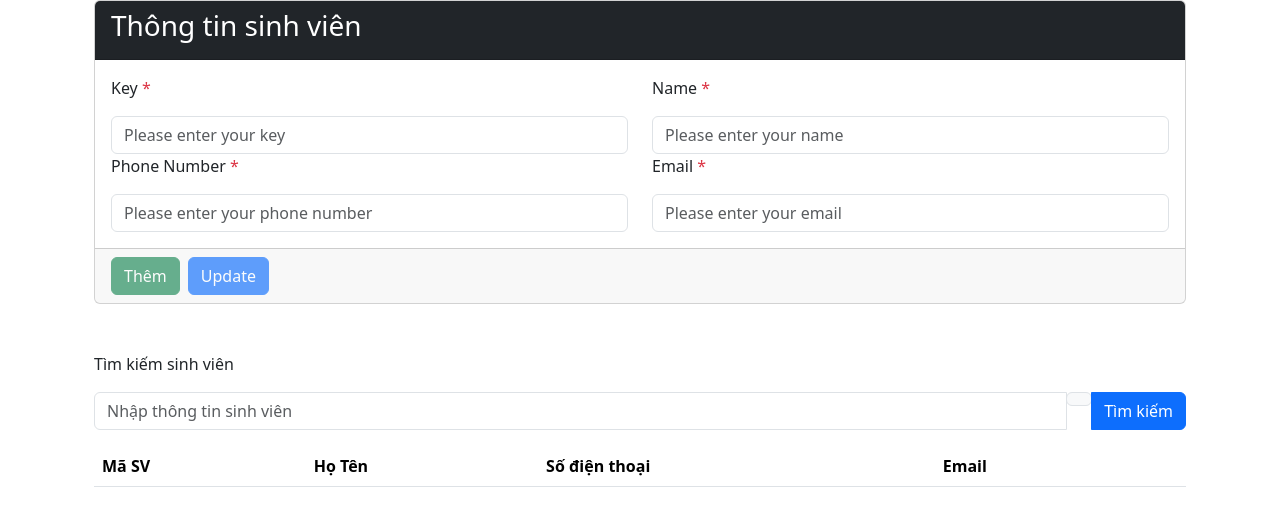
Repository: KhoiNguyen77/BT_REACT_FORM
Page: /
These files come from the project's save history. The page is drawn as it stood at one moment and after the next save; the edit follows.
The browser window is 1280 px wide. The pictures show the whole page.
The project was rebuilt for these pictures with package versions that can differ from the ones it lists, and the page was loaded fresh each time.

Above is the page before, as saved 2023-05-29 08:55:45.

### src/FormComponent/Form.jsx
import React, { Component } from 'react'
import InputField from './InputField'
import TableField from './TableField'

export default class Form extends Component {
    state = {
        students: [],
        student: {},
    }
    add = (student) => {
        const students = [...this.state.students];
        students.push(student);
        this.setState({
            students: students
        })
    }
    delete = (key) => {
        const students = [...this.state.students];
        const findIndex = students.findIndex(student => student.key == key)
        if (findIndex != -1) {
            students.splice(findIndex, 1)
        }
        this.setState({
            students: students
        })
    }
    edit = (key) => {
        const students = [...this.state.students];
        const student = students.find(student => student.key == key)
        if (student) {
            this.setState({
                student: student
            })
        }
        for (let key in student) {
            document.querySelector(`#${key}`).value = student[key]
            if (key == "key") {
                document.querySelector(`#${key}`).disabled = true;
            }
        }
    }

    update = updatedStudent => {
        const students = [...this.state.students];
        const student = students.find(student => student.key == updatedStudent.key)
        for (let key in student) {
            student[key] = updatedStudent[key];
        }
        this.setState({
            students: students
        })
    }
    render() {
        return (
            <div className='container'>
                <InputField add={this.add} students={this.state.students} student={this.state.student} update={this.update}></InputField>
                <TableField students={this.state.students} deleteStudent={this.delete} edit={this.edit}></TableField>
            </div>
        )
    }

    componentDidUpdate(prevProps, prevStates){
        if (prevStates.students != this.state.students) {
            console.log("!");
            return true;
        } return false
    }
}

### src/FormComponent/InputField.jsx
import React, { Component, PureComponent } from 'react'

export default class InputField extends PureComponent {
    constructor(props) {
        super(props);
        this.state = {
            values: {
                key: 0,
                name: "",
                phoneNumber: 0,
                email: ''
            },
            errors: {
                key: "*",
                name: "*",
                phoneNumber: "*",
                email: "*"
            },
            Disabled: true,
            disabledEdit: true,
        }
    }
    UNSAFE_componentWillReceiveProps(nextProps) {
        if (nextProps.student !== this.state.values) {
            this.setState({
                values: nextProps.student,
                errors: {
                    key: "",
                    name: "",
                    phoneNumber: "",
                    email: ""
                },
                disabledEdit: false
            })
        }
    }
    handleInput = e => {
        const { students } = this.props;
        const { id, value, } = e.target;
        const inputValues = { ...this.state.values }
        const errors = { ...this.state.errors }
        let message = ""
        inputValues[id] = value;
        let dataType = e.target.getAttribute("data-type");
        // eslint-disable-next-line default-case
        switch (dataType) {
            case "letter": {
                let regexLetter = /^[a-zA-Z]+$/;
                if (!regexLetter.test(value)) {
                    message = id + ' must be letters';
                }
                break;
            }
            case "number": {
                let min = JSON.parse(e.target.getAttribute("min-maxLength"))[0];
                let max = JSON.parse(e.target.getAttribute("min-maxLength"))[1];
                if (value.length < min || value.length > max) {
                    message = id + ` must be from ${min} to ${max} length`
                }
                break;
            }
            // eslint-disable-next-line no-fallthrough
            case "email": {
                var mailformat = /^(([^<>()\[\]\\.,;:\s@"]+(\.[^<>()\[\]\\.,;:\s@"]+)*)|(".+"))@((\ [[0-9]{1,3}\.[0-9]{1,3}\.[0-9]{1,3}\.[0-9]{1,3}\])|(([a-zA-Z\-0-9]+\.)+[a-zA-Z]{2,}))$/
                if (!mailformat.test(value)) {
                    message = id + ' must be in correct form'
                    break;
                }
            }
        }
        if (e.target.getAttribute("uniqe")) {
            if (students.find(student => student.key == value)) {
                message = id + " has exists!";
            }
        }
        if (value.trim() == "") {
            message = id + " can't be blank";
        }
        errors[id] = message
        let result = this.checkValidForm(errors);
        this.setState({
            values: inputValues,
            errors: errors,
            Disabled: result
        })

    }
    checkValidForm = (errors) => {
        let output = false;
        for (let key in errors) {
            if (errors[key] !== "") {
                output = true;
                break
            }
        }
        return output
    }
    handleSubmit = e => {
        e.preventDefault();
        document.querySelector("form.card").reset();
        this.setState({
            values: {
                key: 0,
                name: "",
                phoneNumber: 0,
                email: ''
            },
            errors: {
                key: "*",
                name: "*",
                phoneNumber: "*",
                email: "*"
            },
            Disabled: true
        })
        const { add } = this.props;
        add(this.state.values);
    }

    handleEdit = e => {
        e.preventDefault();
        document.querySelector("form.card").reset();
        this.setState({
            values: {
                key: 0,
                name: "",
                phoneNumber: 0,
                email: ''
            },
            errors: {
                key: "*",
                name: "*",
                phoneNumber: "*",
                email: "*"
            },
            Disabled: true
        })
        document.querySelector("#key").disabled = false
        const { update } = this.props;
        update(this.state.values);
    }
    render() {
        return (
            <div className='container mb-5'>
                <form className='card'>
                    <div className="card-header bg-dark">
                        <h3 className='text-white'>Thông tin sinh viên</h3>
                    </div>
                    <div className="card-body">
                        <div className="row">
                            <div className="col-6">
                                <p className='d-inline-block'>Key</p> <span className='text-danger'>{this.state.errors.key}</span>
                                <input type="number" id='key' uniqe="id" min-maxLength="[3,5]" data-type="number" className='form-control' onChange={this.handleInput} placeholder='Please enter your key' />
                            </div>
                            <div className="col-6">
                                <p className='d-inline-block' >Name</p> <span className='text-danger'>{this.state.errors.name}</span>
                                <input type="text" id='name' data-type="letter" className='form-control' onChange={this.handleInput} placeholder='Please enter your name' />
                            </div>
                        </div>
                        <div className="row">
                            <div className="col-6">
                                <p className='d-inline-block'>Phone Number</p> <span className='text-danger'>{this.state.errors.phoneNumber}</span>
                                <input type="number" id='phoneNumber' className='form-control' min-maxLength="[8,10]" data-type="number" onChange={this.handleInput} placeholder='Please enter your phone number' />
                            </div>
                            <div className="col-6">
                                <p className='d-inline-block'>Email</p> <span className='text-danger'>{this.state.errors.email}</span>
                                <input type="email" id='email' className='form-control' onChange={this.handleInput} data-type="email" placeholder='Please enter your email' />
                            </div>
                        </div>
                    </div>
                    <div className="card-footer">
                        <button type='submit' onClick={this.handleSubmit} className='btn btn-success' disabled={this.state.Disabled}>Thêm</button>
                        <button type='submit' className='btn btn-primary mx-2' disabled={this.state.disabledEdit} onClick={this.handleEdit} >Update</button>
                    </div>
                </form>
            </div>
        )
    }
}

### src/FormComponent/TableField.jsx
import React, { Component, useState } from 'react'

export default class TableField extends Component {
    handleSearch = () => {
        let keyword = document.querySelector("#btnSearch").value;
        let result = [];
        const { students } = this.props;
        let cloneStudents = [...students];
        cloneStudents.filter(student => {
            if (student.id == keyword || student.name == keyword || student.phoneNumber == keyword || student.email == keyword) {
                result.push(student)
            }
            return result
        })
        console.log(result);
    }
    render() {
        const { students, deleteStudent, edit } = this.props;
        return (
            <div className='container'>
                <div class="row mb-3">
                    <div class="col">
                        <div>
                            <p>Tìm kiếm sinh viên</p>
                            <div className="input-group">
                                <input type="text" className="form-control" placeholder="Nhập thông tin sinh viên" id="searchName" />
                                <div className="input-group-prepend">
                                    <span className="input-group-text" id="btnSearch"><i className="fa fa-search" /></span>
                                </div>
                                <button className="btn btn-primary" onClick={this.handleSearch}>Tìm kiếm</button>
                            </div>
                        </div>

                    </div>
                </div>
                <table className='table'>
                    <thead>
                        <tr>
                            <th>Mã SV</th>
                            <th>Họ Tên</th>
                            <th>Số điện thoại</th>
                            <th>Email</th>
                            <th></th>
                        </tr>
                    </thead>
                    <tbody>
                        {students.map(student => {
                            return <tr>
                                <td>{student.key}</td>
                                <td>{student.name}</td>
                                <td>{student.phoneNumber}</td>
                                <td>{student.email}</td>
                                <td>
                                    <button className='btn btn-primary mx-3' onClick={() => {
                                        edit(student.key)
                                    }}>Edit</button>
                                    <button className='btn btn-danger' onClick={() => {
                                        deleteStudent(student.key)
                                    }}>Delete</button>
                                </td>
                            </tr>
                        })}
                    </tbody>
                </table>
            </div>
        )
    }
}

Loaded but not shown: public/index.html (common file); src/index.js (common file)

After the next save:
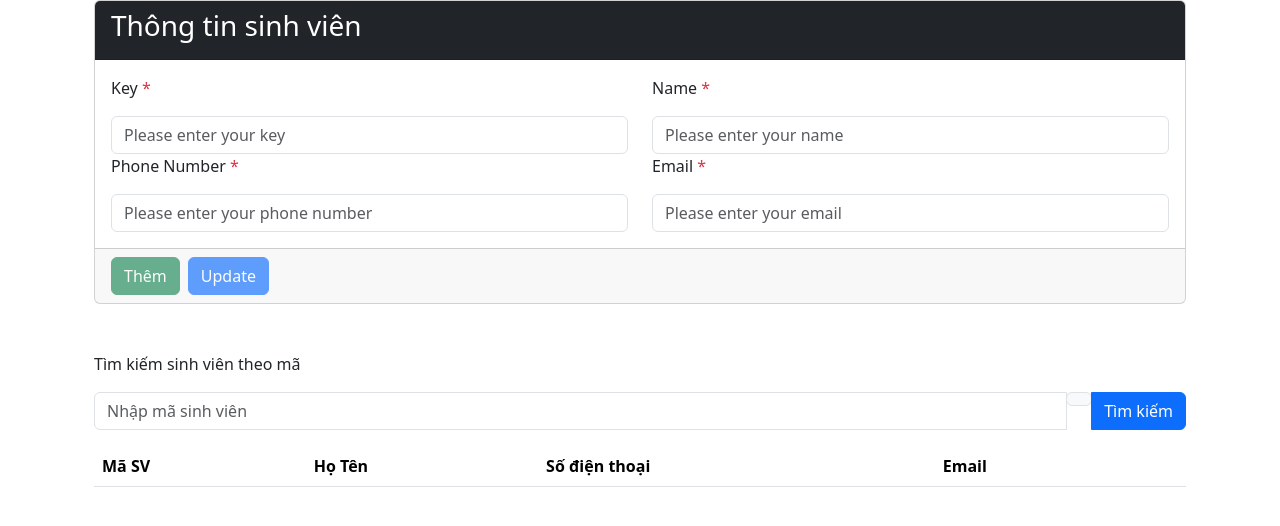
Saved 3 min 37 s later.
--- a/src/FormComponent/TableField.jsx
+++ b/src/FormComponent/TableField.jsx
@@ -7,7 +7,7 @@ export default class TableField extends Component {
         const { students } = this.props;
         let cloneStudents = [...students];
         cloneStudents.filter(student => {
-            if (student.id == keyword || student.name == keyword || student.phoneNumber == keyword || student.email == keyword) {
+            if (student.id == keyword) {
                 result.push(student)
             }
             return result
@@ -21,9 +21,9 @@ export default class TableField extends Component {
                 <div class="row mb-3">
                     <div class="col">
                         <div>
-                            <p>Tìm kiếm sinh viên</p>
+                            <p>Tìm kiếm sinh viên theo mã</p>
                             <div className="input-group">
-                                <input type="text" className="form-control" placeholder="Nhập thông tin sinh viên" id="searchName" />
+                                <input type="text" className="form-control" placeholder="Nhập mã sinh viên" id="searchName" />
                                 <div className="input-group-prepend">
                                     <span className="input-group-text" id="btnSearch"><i className="fa fa-search" /></span>
                                 </div>
